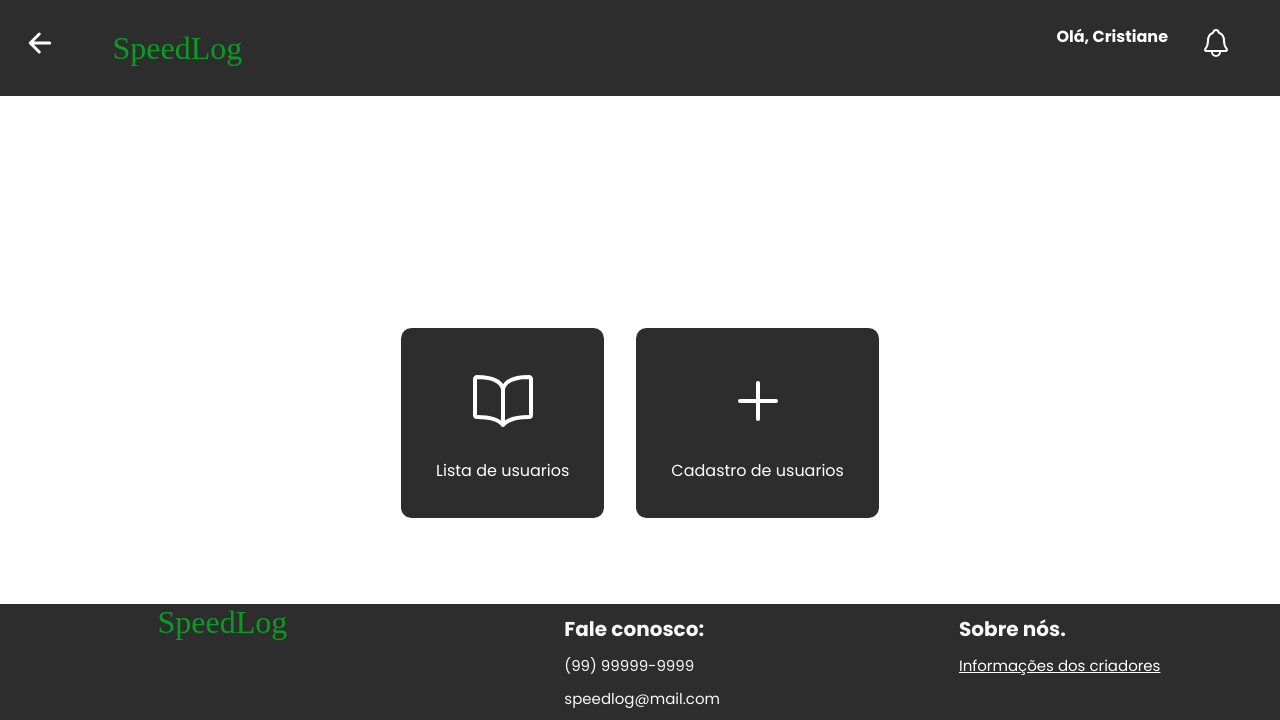
Repository: crisholiveira/speedlog
Page: http://localhost/usuarios
The author's editor kept a copy of each file at every save. The page is drawn from the files as they stood at one save, then again after the next save.
The browser window is 1280 px wide. The pictures show the whole page.
Some web fonts or font styles are not loaded; a fallback is used. The page is served by the project's Node server (app.js). Other server files are loaded and not shown.

Above is the page before, as saved 2022-01-29 13:56:19.

### views/usuarios.ejs
<%- include('./partials/header.ejs') %>

<link rel="stylesheet" href="/stylesheets/usuarios.css">
<body>

    <section>

        <div id="grandeCaixa">

            <div class="caixinha">
                <a href="#">
                    <ion-icon name="book-outline"></ion-icon>
                </a>
                <p>Lista de usuarios</p>
            </div>

            <div class="caixinha">
                <a href="#">
                    <ion-icon name="add-outline"></ion-icon>
                </a>
                <p>Cadastro de usuarios</p>
            </div>

        </div>

        <script type="module" src="https://unpkg.com/ionicons@5.5.2/dist/ionicons/ionicons.esm.js"></script>
    </section>


</body>

<%- include('./partials/footer.ejs') %>

### views/partials/header.ejs
<!DOCTYPE html>
<html lang="en">

<head>
    <meta charset="UTF-8">
    <meta http-equiv="X-UA-Compatible" content="IE=edge">
    <meta name="viewport" content="width=device-width, initial-scale=1.0">
    <link rel="stylesheet" href="/stylesheets/header.css">
    <title>SpeedLog</title>
</head>
<header>
    <div id="menu-header">
        <div class="header-container">
            <span class="icone-voltar"><a href="/home"><ion-icon name="arrow-back-outline"></ion-icon></a>

            </span>
            <span class="logo">SpeedLog</span>
            <span class="icone-notificacao">
                <ion-icon name="notifications-outline"></ion-icon>
            </span>
            <span class="bem-vindo">
                <h4>Olá, Cristiane</h4>
            </span>
        </div>
    </div>
</header>
<script type="module" src="https://unpkg.com/ionicons@5.5.2/dist/ionicons/ionicons.esm.js"></script>
<script nomodule src="https://unpkg.com/ionicons@5.5.2/dist/ionicons/ionicons.js"></script>

### views/partials/footer.ejs
<!DOCTYPE html>
<html lang="en">
<head>
    <meta charset="UTF-8">
    <meta http-equiv="X-UA-Compatible" content="IE=edge">
    <meta name="viewport" content="width=device-width, initial-scale=1.0">
    <title>Document</title>
    <link rel="stylesheet" href="/stylesheets/footer.css">
</head>

<footer>

    <div class="footer">

        <div class="caixa1">
            <span class="logo"> SpeedLog </span>
        </div>

        <div class="caixa2">

            <ul>
            <li class="titulo"><b>Fale conosco:</b> </li>
            <li >(99) 99999-9999</li>
            <li>speedlog@mail.com</li>
            </ul>

        </div>

        <div class='caixa3'>
            <ul>
                <li class="titulo"><b>Sobre nós.</b></li>
                <li><a href="#" style="color: white">Informações dos criadores</a></li>
            </ul>
        </div>


    </div>

</footer>

### app.js
var createError = require('http-errors');
var express = require('express');
var path = require('path');
var cookieParser = require('cookie-parser');
var logger = require('morgan');

var indexRouter = require('./routes/index');
var usersRouter = require('./routes/users');
var homeRouter = require('./routes/home');
var perfilRouter = require('./routes/perfil');
var requisicoesRouter = require('./routes/requisicoes');
var estoqueRouter = require('./routes/estoque');
var usuariosRouter = require('./routes/usuarios');
var produtosRouter = require('./routes/produtos');
var cadUsuarioRouter = require('./routes/cadUsuario');



var app = express();

// view engine setup
app.set('views', path.join(__dirname, 'views'));
app.set('view engine', 'ejs');

app.use(logger('dev'));
app.use(express.json());
app.use(express.urlencoded({ extended: false }));
app.use(cookieParser());
app.use(express.static(path.join(__dirname, 'public')));

app.use('/', indexRouter);
app.use('/users', usersRouter);
app.use('/home', homeRouter);
app.use('/perfil', perfilRouter);
app.use('/requisicoes', requisicoesRouter);
app.use('/estoque', estoqueRouter);
app.use('/usuarios', usuariosRouter);
app.use('/produtos', produtosRouter);
app.use('/cadastroDeUsuario', cadUsuarioRouter);


// catch 404 and forward to error handler
app.use(function(req, res, next) {
  next(createError(404));
});

// error handler
app.use(function(err, req, res, next) {
  // set locals, only providing error in development
  res.locals.message = err.message;
  res.locals.error = req.app.get('env') === 'development' ? err : {};

  // render the error page
  res.status(err.status || 500);
  res.render('error');
});

module.exports = app;

### controllers/usuariosController.js
const usuariosController = {
    index: (req, res) => {

        res.render('usuarios')
    }
}
module.exports = usuariosController

### public/stylesheets/header.css
@import url('https://fonts.googleapis.com/css2?family=Poppins:wght@100;200;300;400;500;600;700&display=swap');
@import url('https://fonts.googleapis.com/css2?family=Patrick+Hand&display=swap');

*{
    padding: 0;
    margin: 0;
    box-sizing: border-box;
    border: none;
    font-family: 'Poppins'
}

header {
    min-height: 10vh;
    background-color:#2d2d2d;

}

.header-container a {
    color: white;
}



.header-container {
    padding: 1.5rem;

}

.logo {
    color:#099c22;
    font-family: 'Patrick Hand', cursive;
    font-size: 2rem;
    padding: 3rem;

}


.icone-voltar {
    font-size: 2rem;
    color: white;



}

.icone-notificacao {
    font-size: 2rem;
    color: white;
    float: right;
    padding-right: 1.5rem;

}

.bem-vindo {
    color: white;
    float: right;

}
.bem-vindo h4 {
    padding-right: 2rem;
}
@media (max-width: 768px){
    .logo{
        display: none;
    }
}

### public/stylesheets/usuarios.css
@import url('https://fonts.googleapis.com/css2?family=Poppins:wght@100;200;300;400;500;600;700&display=swap');

*{
    padding: 0;
    margin: 0;
    box-sizing: border-box;
    border: none;
    font-family: 'Poppins';

}

.caixinha{
        background-color:#2d2d2d;
        min-height: 20vh;
        min-width: 25vh;
        margin: 1rem;
        padding: 35px;
        border-radius: 10.5px;
        text-align: center;

}

p, a {
    color: white;

}

#grandeCaixa{
    display: flex;
    justify-content: center;
    margin-top: 30vh;
}

.caixinha a{
        font-size: 4rem;
}

### public/stylesheets/footer.css
*{
    padding: 0;
    margin: 0;
    box-sizing: border-box;
    border: none;
    font-family: 'Poppins'
}

footer{
    min-height: 10vh;
    background-color:#2d2d2d;
    color: rgb(248, 248, 248);
    bottom: 0;
    left: 0;
    position: fixed;
    width: 100%;
}

.logo{
    color:#099c22;
    font-family: 'Patrick Hand', cursive;
    font-size: 2rem;
    text-align: center;
}

ul{

    list-style: none;


}

li{
    margin: 10px;
    font-size: 15px;

}

.footer{
    display: flex;
    justify-content: space-around;


}

.titulo{
    font-size: 20px;
}

After the next save:
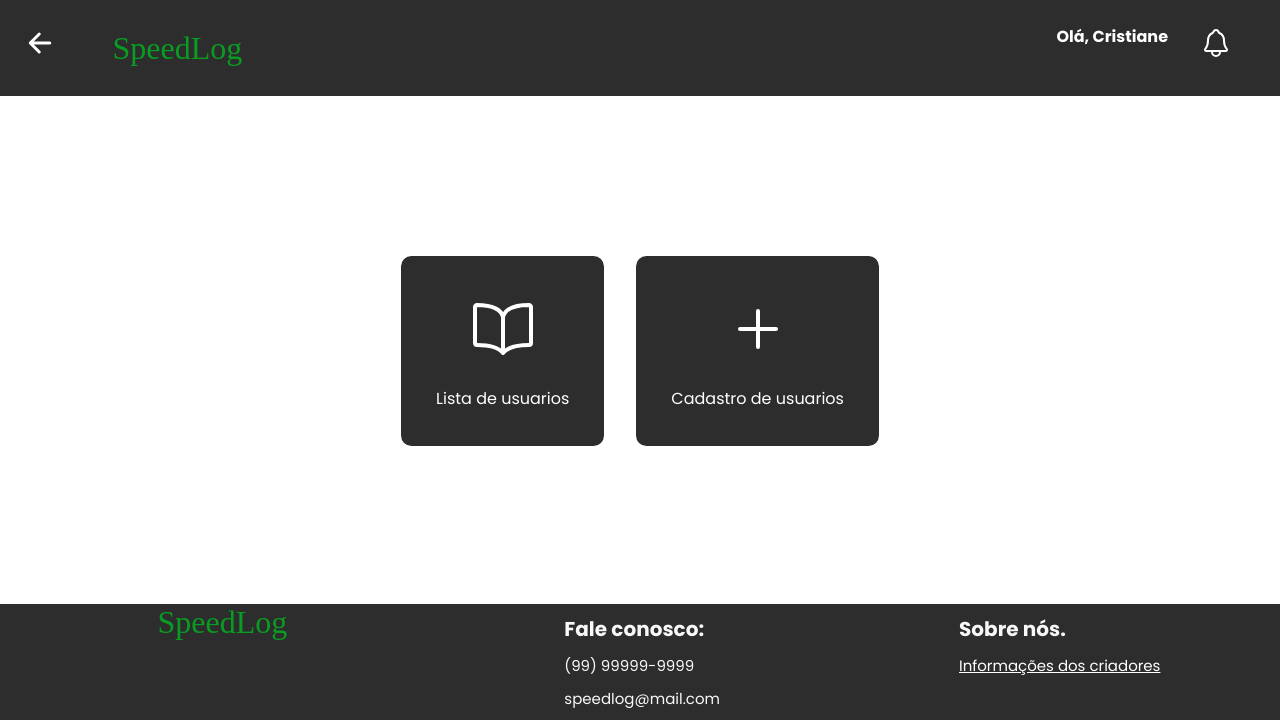
Saved 15 s later.
--- a/public/stylesheets/usuarios.css
+++ b/public/stylesheets/usuarios.css
@@ -28,7 +28,7 @@ p, a {
 #grandeCaixa{
     display: flex;
     justify-content: center;
-    margin-top: 30vh;
+    margin-top: 20vh;
 }
 
 .caixinha a{
